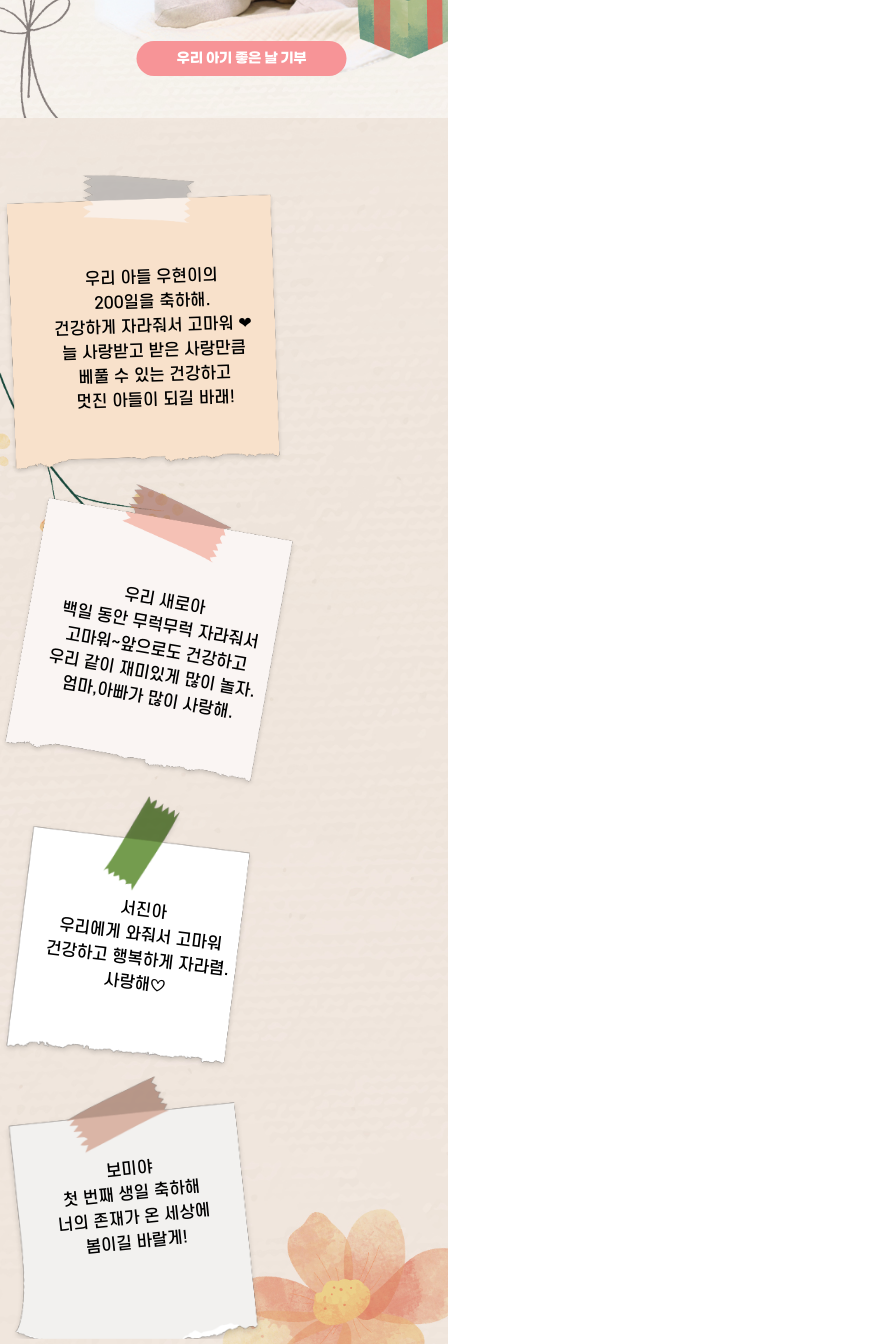
Repository: dlgywls1130/save_children_m
Page: index.html
An editor plug-in stored every save of this project. The page is shown before and after the next save, followed by the edit.
The browser window is 1280 px wide. The pictures show the part of the page from y = 771 to 2691 px (the page is 9658 px tall), at 70% of full size.

Above is the page before, as saved 2023-12-13 18:55:46.

After the next save:
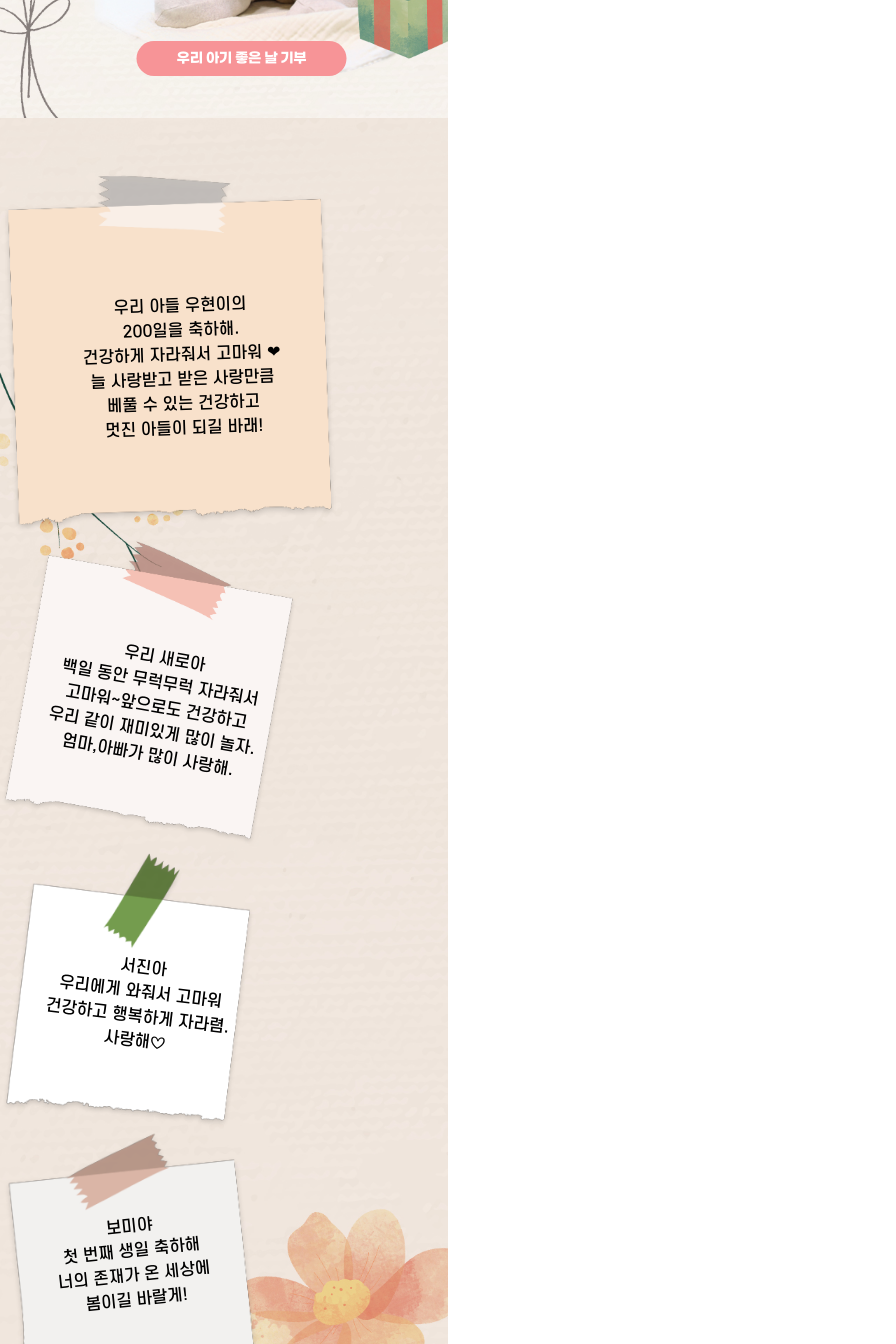
Saved 28 s later.
--- a/css/style.css
+++ b/css/style.css
@@ -259,8 +259,8 @@
 
 .postit01{
     background:url('../img/post04.png') no-repeat;
-    width: 438px;
-    height: 438px;
+    width: 520px;
+    height: 520px;
     background-size: contain;
     box-sizing: border-box;
 }
